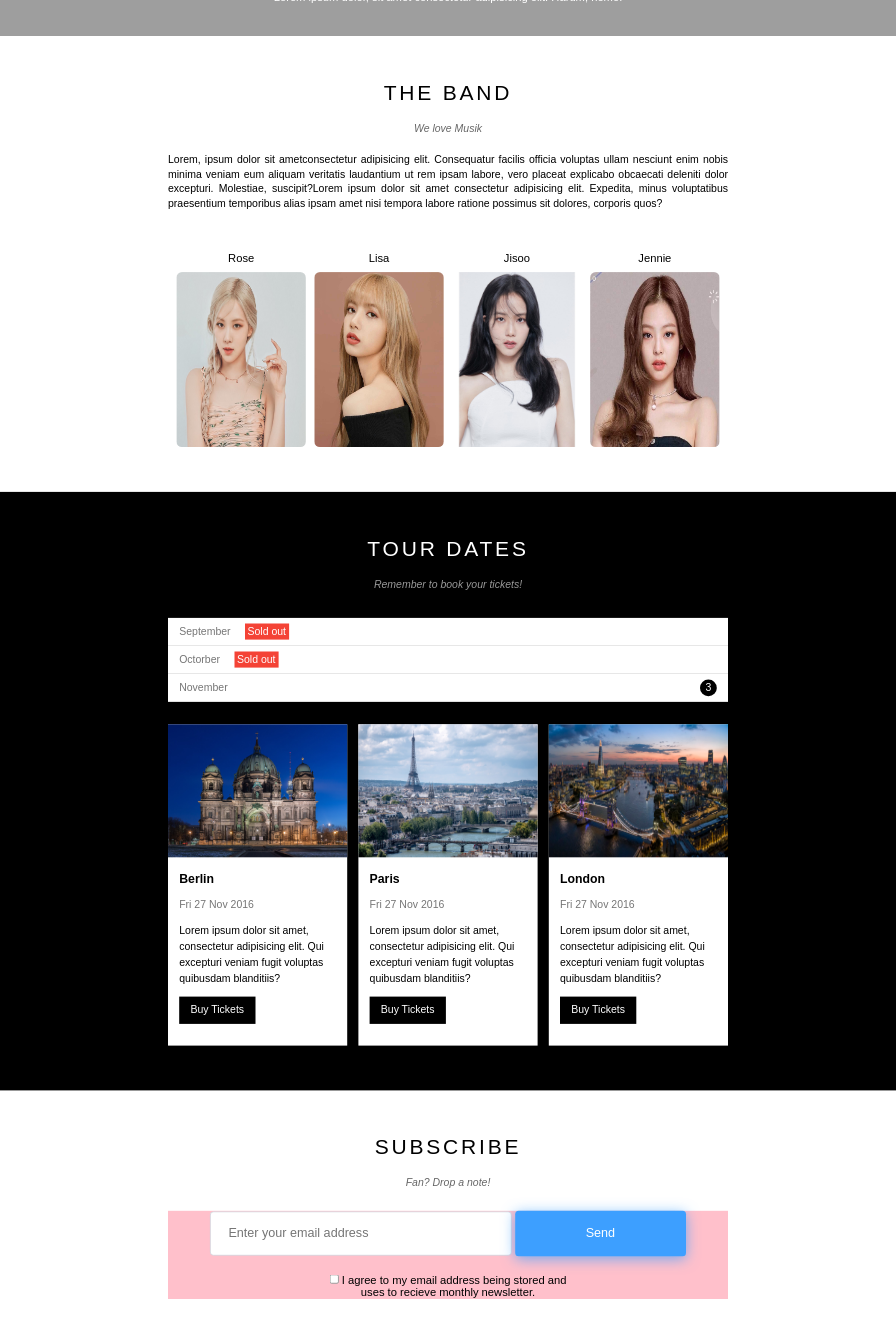
Repository: AiTrinh303/First-Project
Page: /
These files come from the project's save history. The page is drawn as it stood at one moment and after the next save; the edit follows.
The browser window is 1280 px wide. The pictures show the part of the page from y = 634 to 2554 px (the page is 2554 px tall), at 70% of full size.
Pictures or frames that could not be fetched are drawn as grey boxes. The project was rebuilt for these pictures with package versions that can differ from the ones it lists, and the page was loaded fresh each time.

Above is the page before, as saved 2024-01-23 10:13:16.

After the next save:
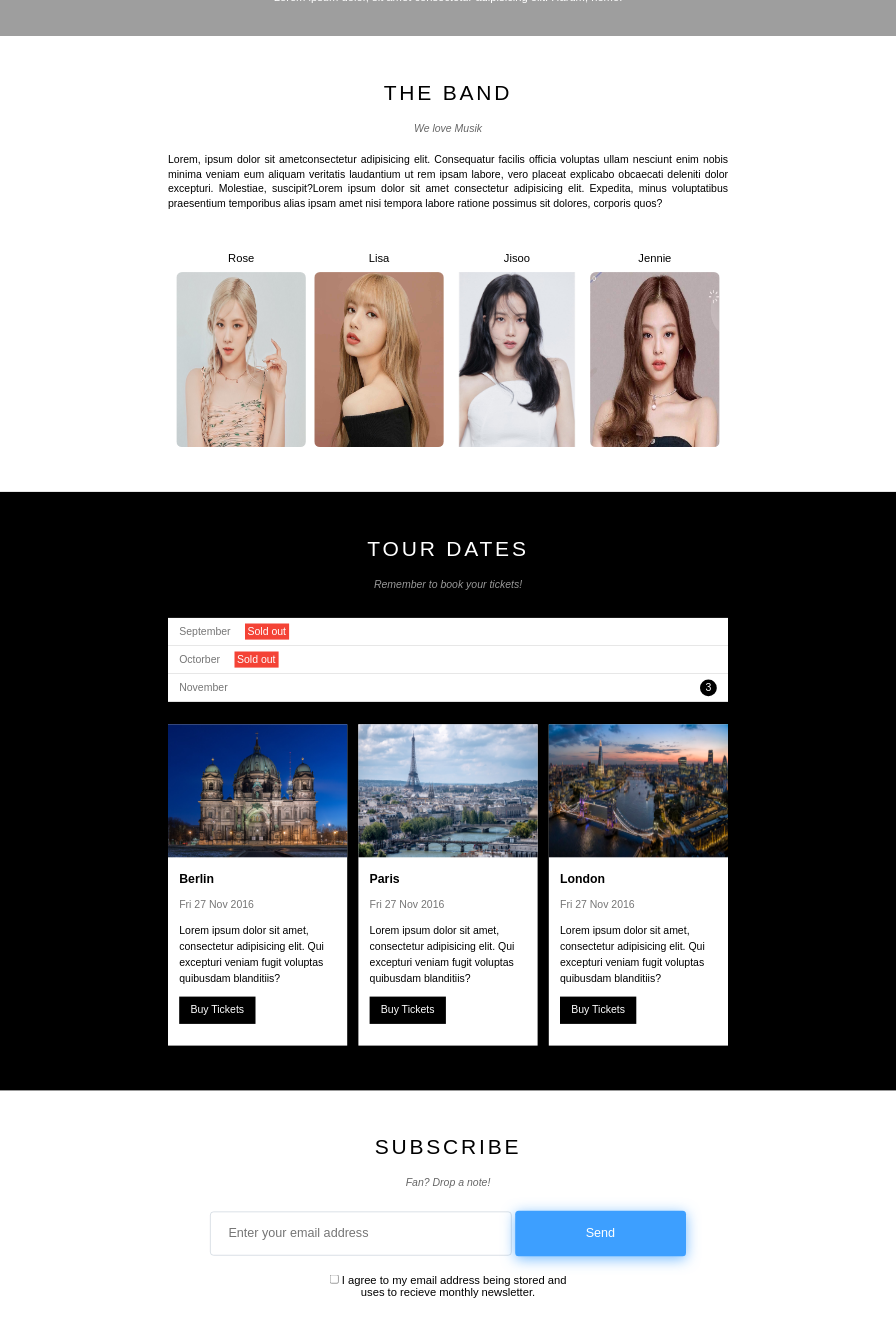
Saved 8 s later.
--- a/src/styles/main.css
+++ b/src/styles/main.css
@@ -269,7 +269,7 @@ html {
 /* contact form */
 
 .form-wrap{
-  background-color: pink;
+
   margin-top: 32px;
   text-align: center;
   display: flex;
